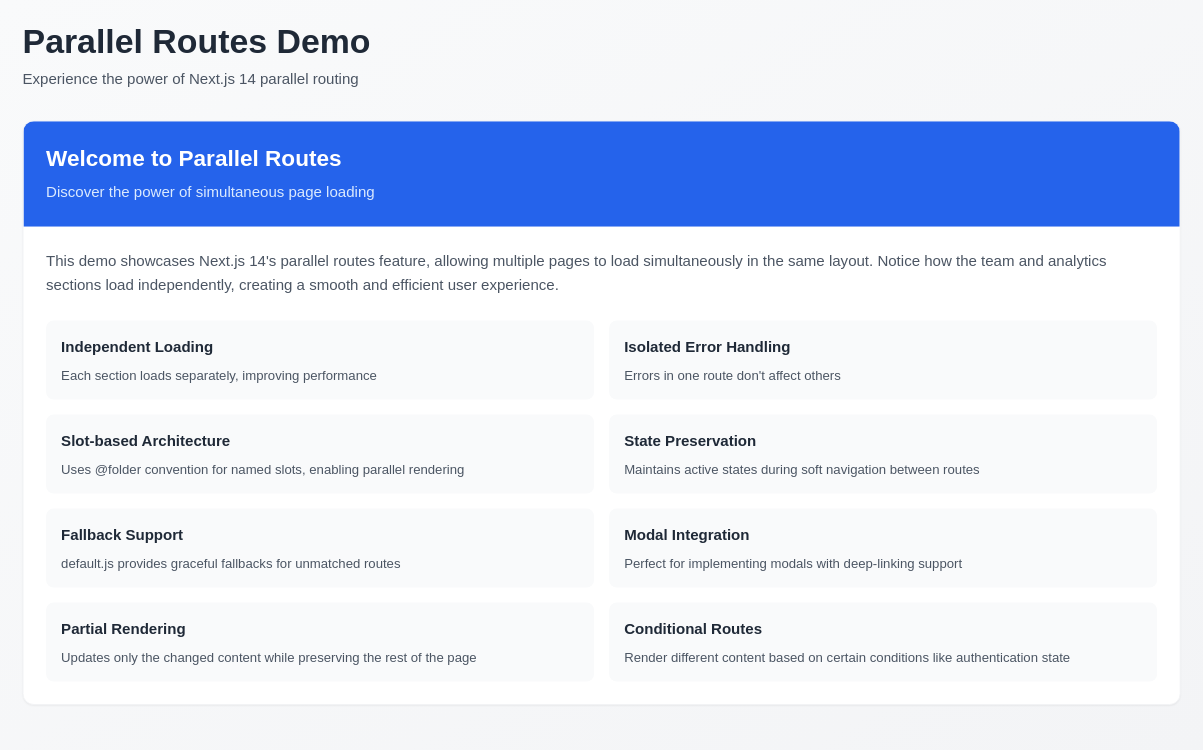
Repository: Dark-Developer93/parallel-routes
Page: /
An editor plug-in stored every save of this project. The page is shown before and after the next save, followed by the edit.
The browser window is 1280 px wide. The pictures show the whole page, at 94% of full size.
The project was rebuilt for these pictures with package versions that can differ from the ones it lists, and the page was loaded fresh each time. The framework's server and built-in components were replaced by stand-ins that run in the browser. Also part of the build but not shown: next.config.ts, src/app/default.tsx.

Above is the page before, as saved 2024-12-12 15:09:12.

After the next save:
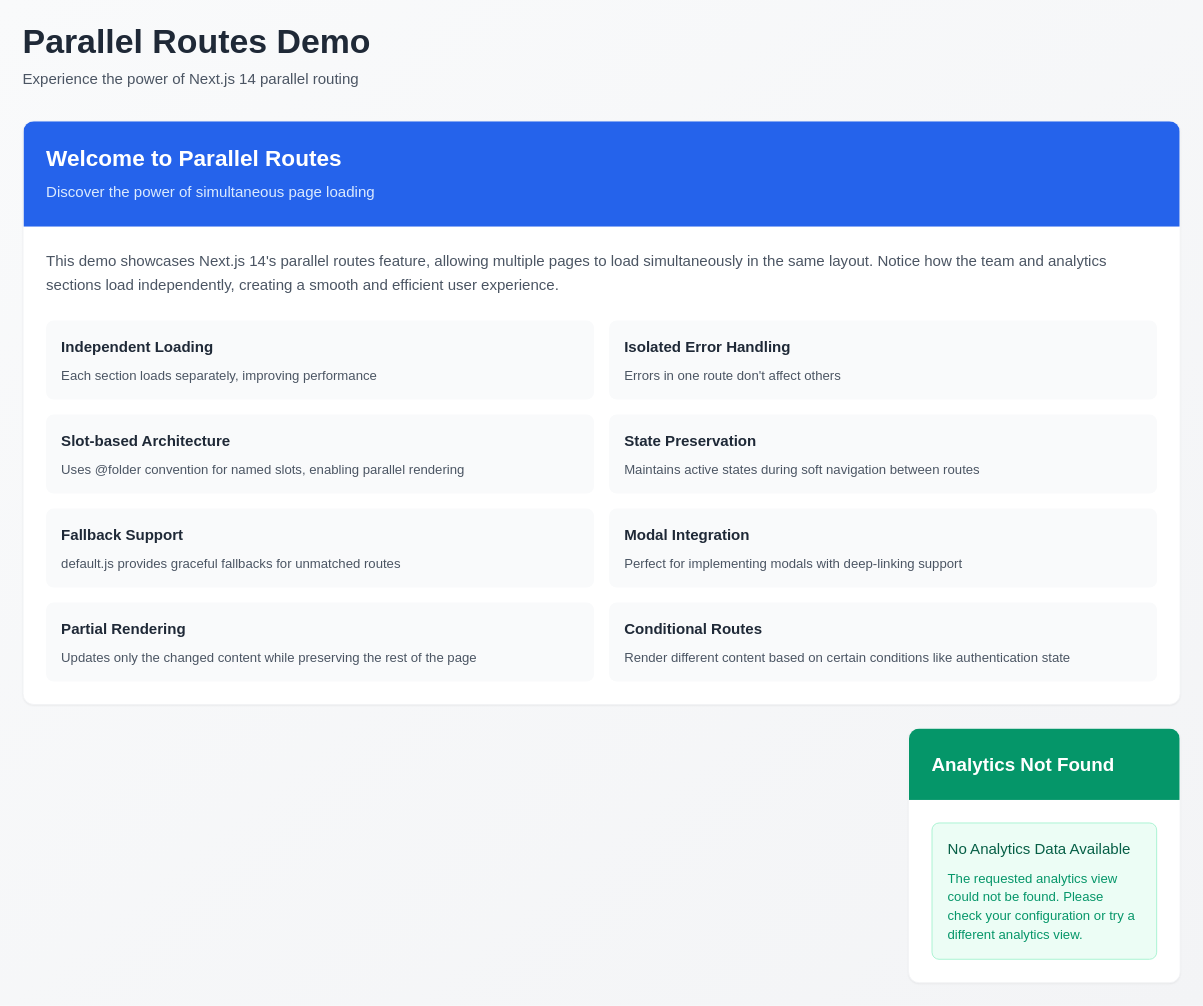
Saved 44 s later.
--- a/src/app/layout.tsx
+++ b/src/app/layout.tsx
@@ -45,7 +45,7 @@
                   {role === "admin" ? team : <DefaultPage />}
                 </div>
                 <div className="col-span-12 md:col-span-6 lg:col-span-3">
-                  {role === "admin" ? analytics : <DefaultAnalyticsPage />}
+                  {role === "admin" ? <DefaultAnalyticsPage /> : analytics}
                 </div>
               </div>
             </div>

After the save that followed:
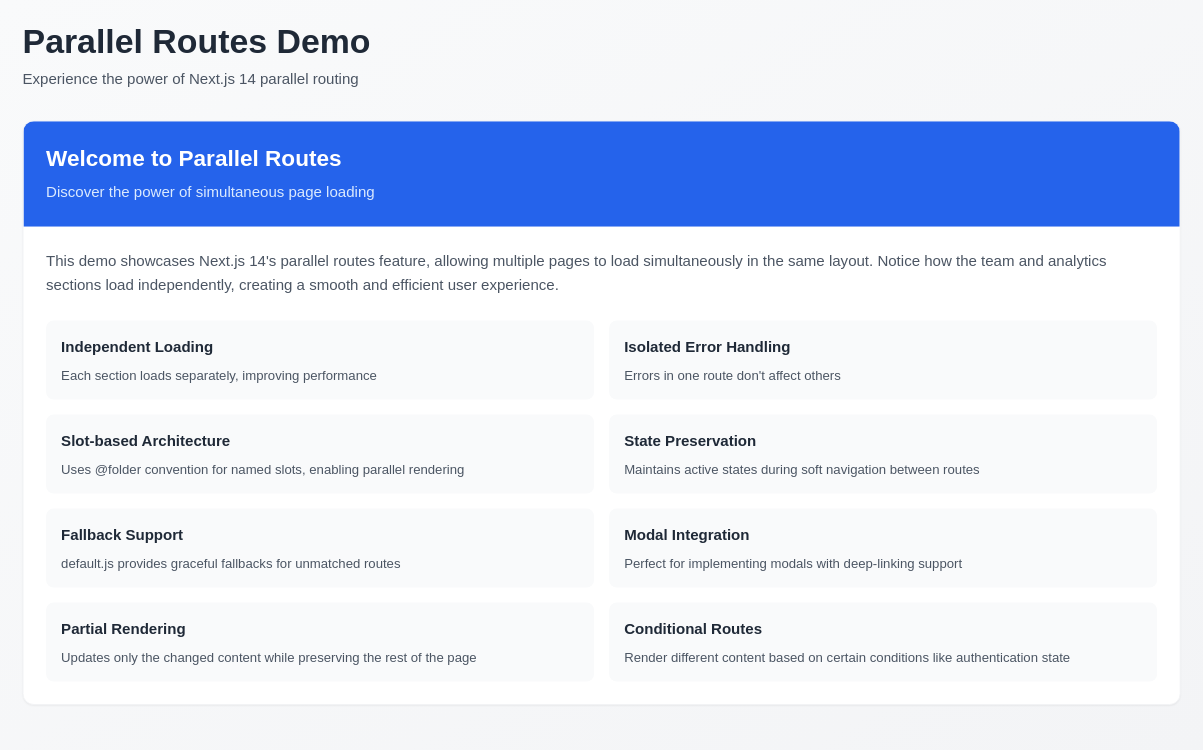
Saved 25 s later.
--- a/src/app/layout.tsx
+++ b/src/app/layout.tsx
@@ -17,7 +17,7 @@
   team: React.ReactNode;
   analytics: React.ReactNode;
 }) {
-  const role = "admin";
+  // const role = "admin";
   return (
     <html lang="en">
       <body className="min-h-screen bg-gradient-to-br from-gray-50 to-gray-100 p-6">
@@ -41,12 +41,12 @@
                 <div className="col-span-12 md:col-span-6 lg:col-span-3">
                   {analytics}
                 </div>
-                <div className="col-span-12 md:col-span-6 lg:col-span-3">
+                {/* <div className="col-span-12 md:col-span-6 lg:col-span-3">
                   {role === "admin" ? team : <DefaultPage />}
                 </div>
                 <div className="col-span-12 md:col-span-6 lg:col-span-3">
                   {role === "admin" ? <DefaultAnalyticsPage /> : analytics}
-                </div>
+                </div> */}
               </div>
             </div>
           </div>
